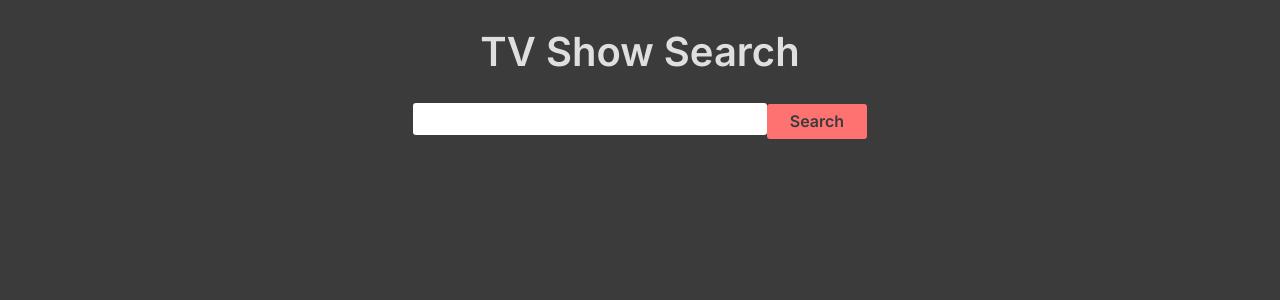
Repository: shayanabedi98/tv-search-react
Page: /
An editor plug-in stored every save of this project. The page is shown before and after the next save, followed by the edit.
The browser window is 1280 px wide. The pictures show the whole page.
The project was rebuilt for these pictures with package versions that can differ from the ones it lists, and the page was loaded fresh each time. Also part of the build but not shown: vite.config.js.

Above is the page before, as saved 2024-01-02 03:02:11.

After the next save:
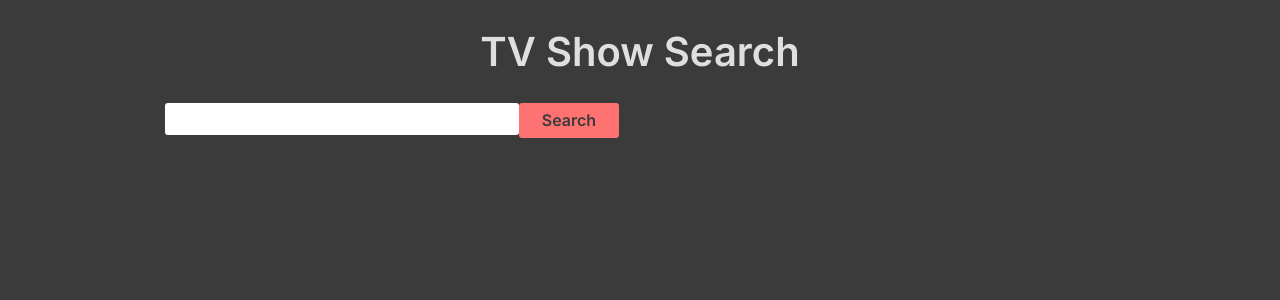
Saved 22 s later.
--- a/src/index.css
+++ b/src/index.css
@@ -12,6 +12,10 @@
   margin: 0 auto;
   text-align: center;
   width: 950px;
+}
+
+.search-bar {
+  display: flex;
 }
 
 .search h1 {

After the save that followed:
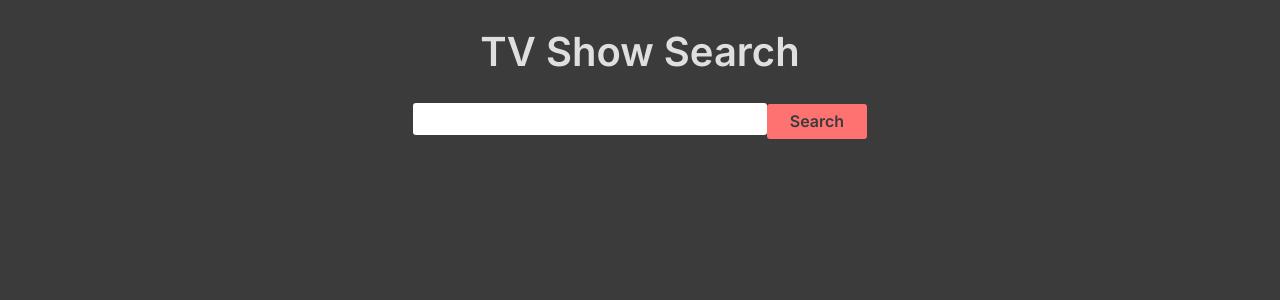
Saved 9 s later.
--- a/src/index.css
+++ b/src/index.css
@@ -14,9 +14,7 @@
   width: 950px;
 }
 
-.search-bar {
-  display: flex;
-}
+.search-bar {}
 
 .search h1 {
   font-size: 40px;
